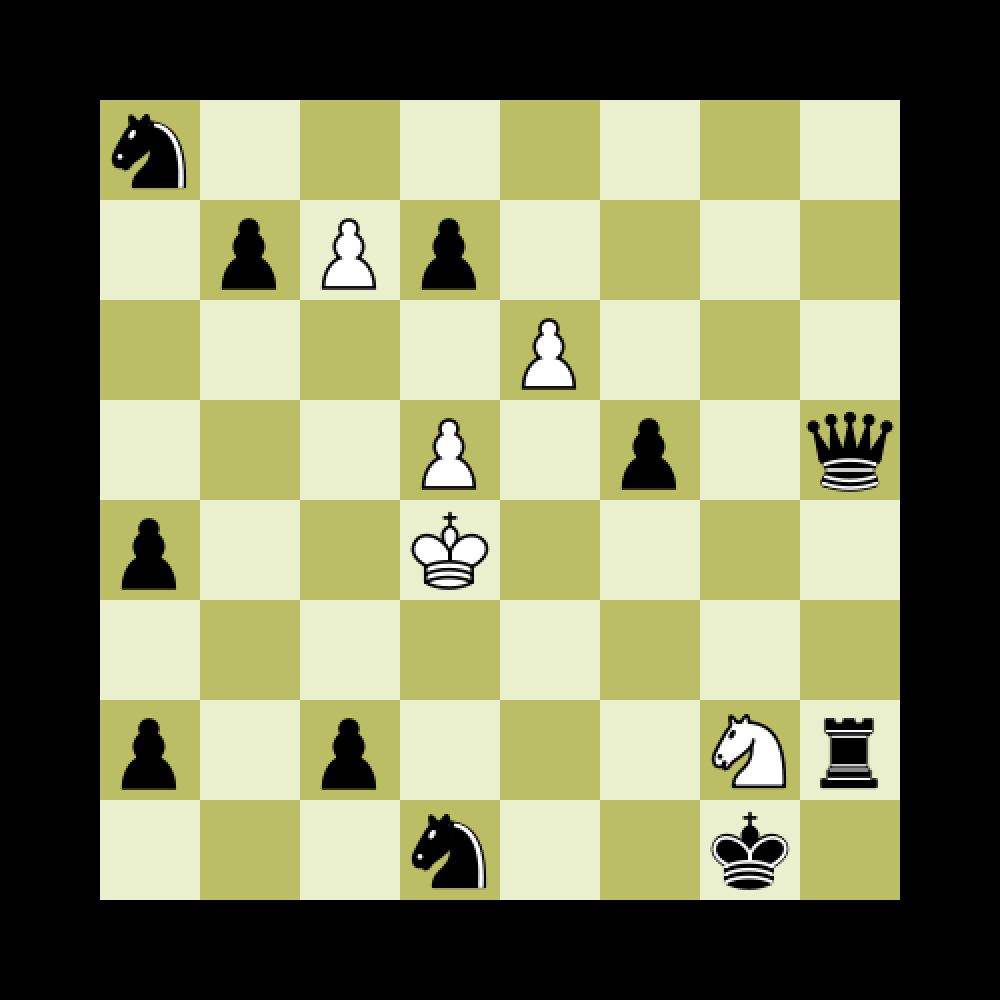
Repository: a-longe/capstone
Script's output: python engine/drag_n_drop_test.py
The author's editor kept a copy of each file at every save. The script's output is drawn from the files as they stood at one save, then again after the next save.
The window is shown after at most 60 frames with no key pressed. Random numbers start from a fixed seed. It also reads engine/images/bK.png, engine/images/bN.png, engine/images/bP.png, engine/images/bQ.png, engine/images/bR.png, engine/images/wK.png, engine/images/wN.png, engine/images/wP.png.

Above is the script's output before, as saved 2023-12-14 18:10:22.

### engine/drag_n_drop_test.py
import os
import sys
import pygame as pg
import math

Cord = tuple[int, int]
TOP_LEFT = 100
BOTTOM_RIGHT = 900
SQUARE_SIZE = 100
SCREEN_SIZE = 1000

RECT_DATA = 0
GLYPH = 1

def is_even(n):
    return 0 == n % 2


def is_odd(n):
    return 1 == n % 2

def black_square(surface, image, rect):
    image.fill((187,190,100))
    surface.blit(image, rect)


def white_square(surface, image, rect):
    image.fill((234,240,206))
    surface.blit(image, rect)

def get_snap_cords(x, y) -> Cord:
    return (math.floor(x / SQUARE_SIZE) * SQUARE_SIZE,
            math.floor(y / SQUARE_SIZE) * SQUARE_SIZE)

def fen_to_pieces(fen) -> list[tuple[tuple[int, int, int, int], str]]:
    lo_pieces = []
    pieces = fen.split(' ')[0]
    rows = pieces.split('/')
    r_i = 0
    for row in rows:
        c_i = 0
        for char in row:
            if char.isdigit():
                c_i += int(char) - 1
            else:
                # convert c_i and r_i into square
                lo_pieces.append(((c_i * SQUARE_SIZE + SQUARE_SIZE,
                                   r_i * SQUARE_SIZE + SQUARE_SIZE,
                                    SQUARE_SIZE, SQUARE_SIZE), char))
            c_i += 1
        r_i += 1
    return lo_pieces


IMAGE_DIR = os.path.join(os.path.dirname(os.path.abspath(__file__)), 'images')

def get_piece_img(glyph:str) -> pg.Surface:
    if glyph.isupper():
        color = 'w'
    else:
        color = 'b'
    piece_type = glyph.upper()
    return pg.image.load(os.path.join(IMAGE_DIR, f"{color}{piece_type}.png"))


square_coords = [[i, j] for i in range(TOP_LEFT, BOTTOM_RIGHT, SQUARE_SIZE) \
                for j in range(TOP_LEFT, BOTTOM_RIGHT, SQUARE_SIZE)]


class Piece:
    # A Piece object needs to know about the Board because its behaviour
    # depends on the location of other Piece objects--only the Board knows
    # about them--that's why Board is an argument. It also needs to know its
    # dimensions, so we pass them in rect
    def __init__(self, Board, rect, glyph):
        self.board = Board
        self.rect = pg.Rect(rect)
        # self.cord = square_to_cords(square)
        self.previous_center = self.rect.center
        # a Piece object has a click attribute that is true if the
        # left mouse button is down and on top of the Piece
        self.click = False
        self.image = pg.transform.scale(get_piece_img(glyph), (SQUARE_SIZE,
                                                               SQUARE_SIZE))
        self.is_white = glyph.isupper()

    # Check that the player has been selected and that the mouse will
    # not cause the player to bleed out of bounds.

    # To deal with collisions, save current position, and then move
    # the player to the mouse position. If there is a collision, then
    # move the rectangle back to the previous position.

    # Regardless, draw the player
    def update(self):
        if (self.click):
            self.rect.center = pg.mouse.get_pos()
        self.board.surface.blit(self.image, self.rect)

    def snap_to_square(self) -> None:
        if self.board.mouse_inside_bounds():
            player_cords = (self.rect.center[0], self.rect.center[1])
            self.rect.topleft = get_snap_cords(*player_cords)




class Board:
    # Each position corresponds to the arguments needed to instantiate
    # the PyGame.Rect class: (x, y, width, height) corresponding to a player

    # The Board class updates itself by asking the players to paint themselves.

    # It has a number of methods that exist so other parts of the program can
    # inquire about the current state of the board
    def __init__(self, positions):
        self.surface = pg.display.set_mode((SCREEN_SIZE, SCREEN_SIZE))
        self.players = []
        for piece_data in positions:
            self.players.append(Piece(self, piece_data[RECT_DATA],
                                    piece_data[GLYPH]))

    def clear_surface(self):
        self.surface.fill(0)

    def get_players(self):
        return self.players

    def set_players(self, players):
        self.players = players

    def mouse_inside_bounds(self):
        # hard-coded numbers should be fixed
        x, y = pg.mouse.get_pos()
        return (x > TOP_LEFT and x < BOTTOM_RIGHT and
                y > TOP_LEFT and y < BOTTOM_RIGHT)

    def collisions(self, a_player):
        rects = [player.rect for player in self.get_players()]
        target_rects = [rect for rect in rects if rect != a_player.rect]
        return a_player.rect.collidelistall(target_rects)

    def display_grid(self):
        # print("I should be displaying...")
        for x, y in square_coords:
            row = x / 100
            column = y / 100
            rect = pg.Rect([x, y, 100, 100])
            image = pg.Surface(rect.size).convert()
            if not (is_odd(row) ^ is_odd(column)):
                black_square(self.surface, image, rect)
            else:
                white_square(self.surface, image, rect)

    def del_piece(self, piece):
        all_pieces = self.get_players()
        all_pieces.remove(piece)
        self.set_players(all_pieces)

    def on_mouse_down(self):
        for player in self.get_players():
            # The event positions is the mouse coordinates
            if player.rect.collidepoint(pg.mouse.get_pos()):
                if not player.click:
                    # store current center
                    player.previous_center = player.rect.center
                player.click = True

    def on_mouse_up(self):
        for player in self.get_players():
                if player.click:
                    # if valid location and is legal move()
                    if player.board.mouse_inside_bounds() and True:
                        # does player collide with another player
                        colliding_piece = [piece_2 for piece_2 in self.get_players() if piece_2.rect.collidepoint(pg.mouse.get_pos())]
                        colliding_piece.remove(player)
                        if not colliding_piece:
                            # if not colliding with any piece
                            player.snap_to_square()
                        elif player.is_white != colliding_piece[0].is_white:
                            # if colliding with piece with different colour
                            # delete player from player_list and then snap
                            self.del_piece(colliding_piece[0])
                            player.snap_to_square()
                        else:
                            player.rect.center = player.previous_center
                    # else set cords to last square
                    else:
                        player.rect.center = player.previous_center
                player.click = False

    def update_board(self):
        self.clear_surface()
        self.display_grid()
        for player in self.get_players():
            player.update()


def main(Board):
    # listen for events and update board in response to them
    game_event_loop(Board)
    Board.update_board()


# Notice that the event loop has been given its own function. This makes
# the program easier to understand.
def game_event_loop(Board):
    for event in pg.event.get():
        if event.type == pg.MOUSEBUTTONDOWN:
            Board.on_mouse_down()
        elif event.type == pg.MOUSEBUTTONUP:
            Board.on_mouse_up()
        elif event.type == pg.QUIT:
            pg.quit()
            sys.exit()


if __name__ == "__main__":
    os.environ['SDL_VIDEO_CENTERED'] = '1'
    pg.init()
    MyBoard = Board(fen_to_pieces('n7/1pPp4/4P3/3P1p1q/p2K4/8/p1p3Nr/3n2k1 w - - 0 1'))
    MyClock = pg.time.Clock()
    while True:
        main(MyBoard)
        pg.display.update()
        MyClock.tick(60)

After the next save:
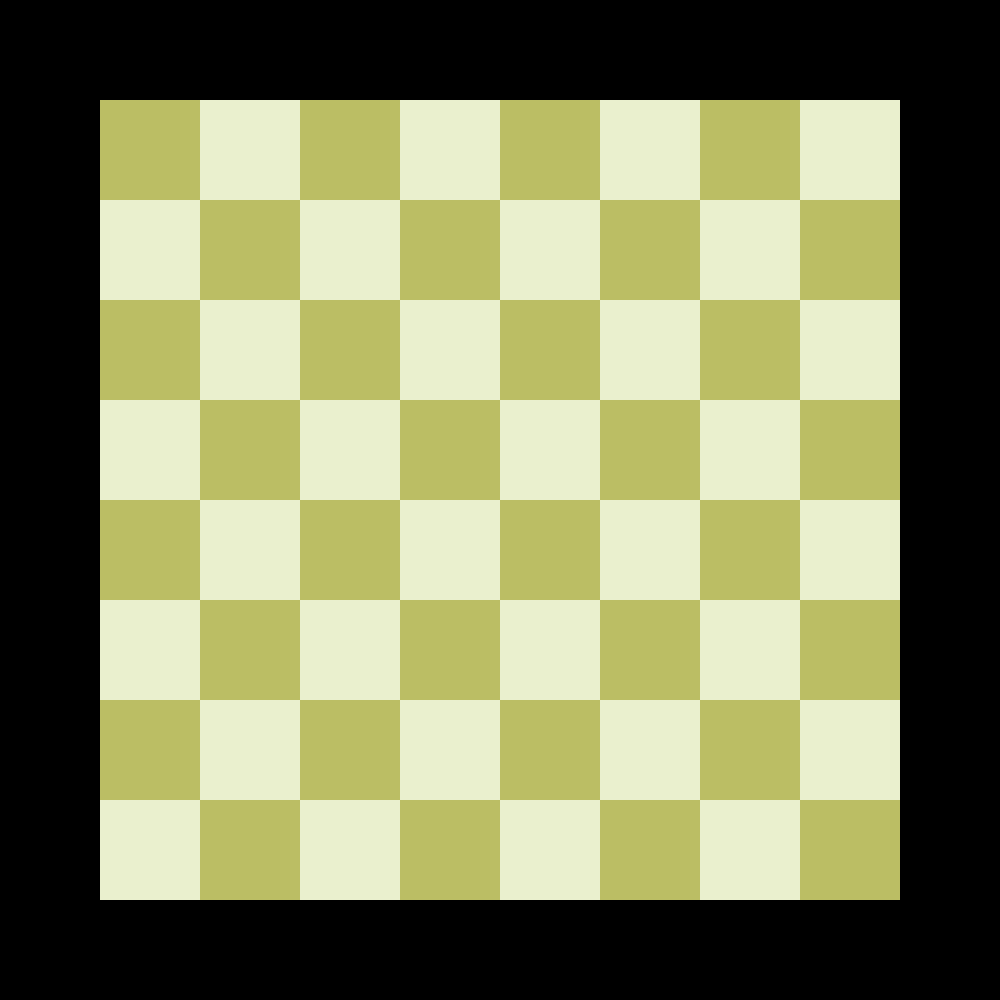
Saved 19 h 10 min later.
--- a/engine/drag_n_drop_test.py
+++ b/engine/drag_n_drop_test.py
@@ -218,7 +218,7 @@ def game_event_loop(Board):
 if __name__ == "__main__":
     os.environ['SDL_VIDEO_CENTERED'] = '1'
     pg.init()
-    MyBoard = Board(fen_to_pieces('n7/1pPp4/4P3/3P1p1q/p2K4/8/p1p3Nr/3n2k1 w - - 0 1'))
+    MyBoard = Board(fen_to_pieces('8/8/8/8/8/8/8/8 w - - 0 1'))
     MyClock = pg.time.Clock()
     while True:
         main(MyBoard)
